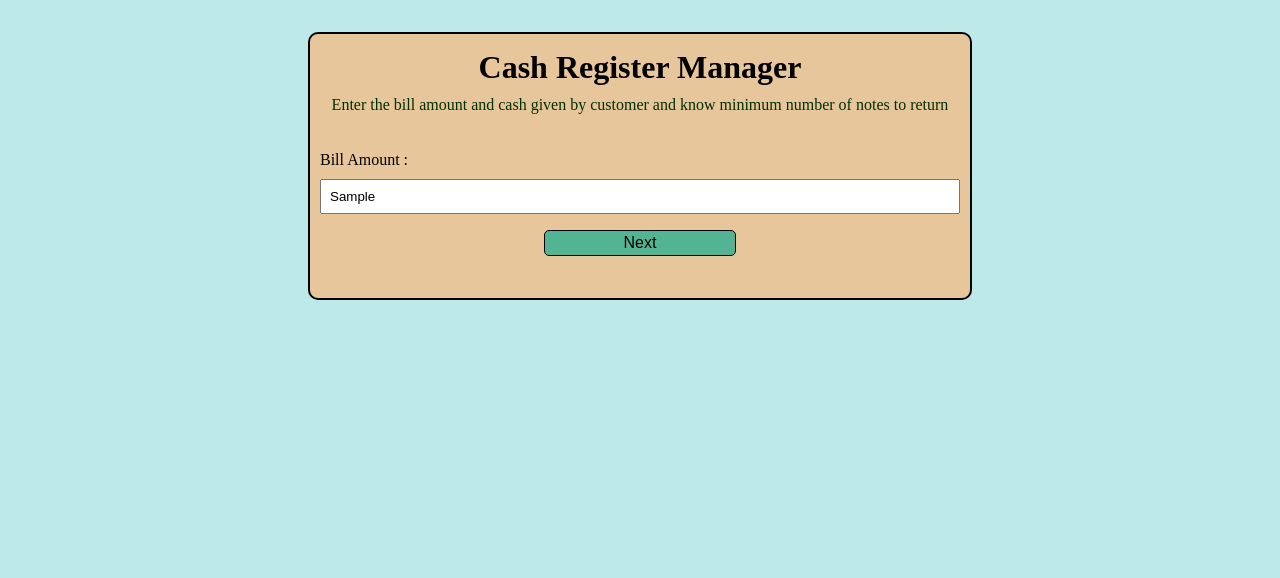
Repository: patelamancode/Cash-register-manager-app
Page: index.html
An editor plug-in stored every save of this project. The page is shown before and after the next save, followed by the edit.
The browser window is 1280 px wide. The pictures show the whole page.
Empty fields were first filled with sample values (such as "Sample", 5 or name@example.com).
After loading, the first visible `#next-btn` was clicked once.

Above is the page before, as saved 2022-11-21 22:03:49.

After the next save:
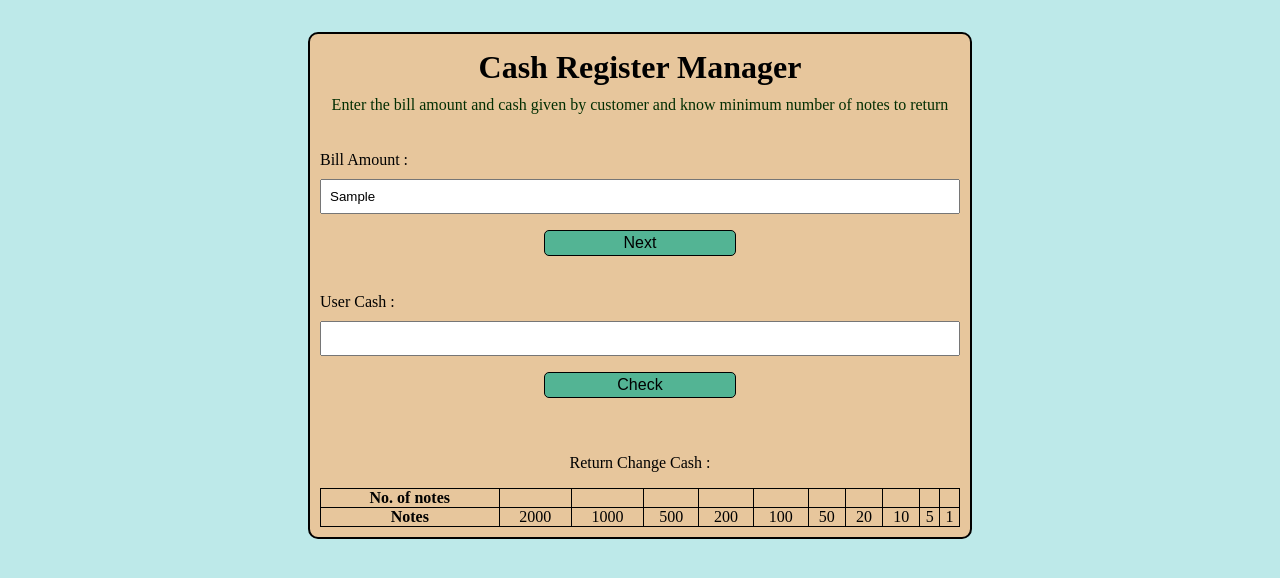
Saved 23 s later.
--- a/index.js
+++ b/index.js
@@ -25,7 +25,7 @@ nextButton.addEventListener('click', function(){
         mainError.innerHTML = "Please enter a positive bill value";
     }else {
         mainError.style.display = "none";
-
+        hideContent.style.display = "flex";
     }
 });
 
